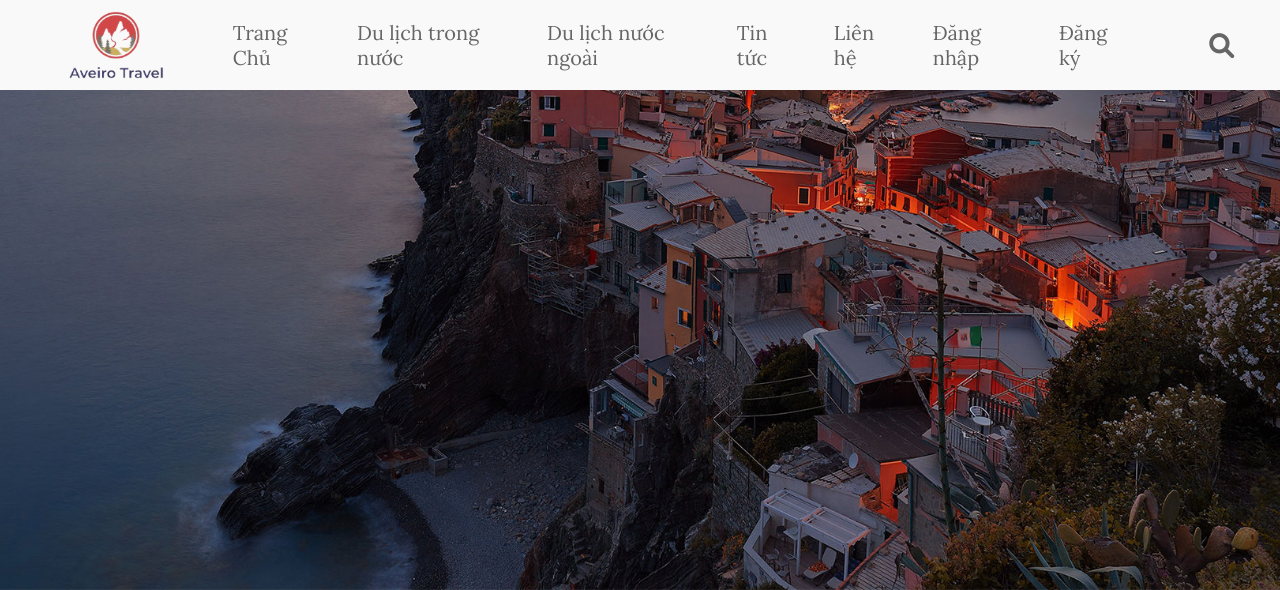
Repository: tuan842001/demotest
Page: /
These files come from the project's save history. The page is drawn as it stood at one moment and after the next save; the edit follows.
The browser window is 1280 px wide. The pictures show the part of the page from y = 0 to 590 px (the page is 4194 px tall).
Pictures or frames that could not be fetched are drawn as grey boxes. The project was rebuilt for these pictures with package versions that can differ from the ones it lists, and the page was loaded fresh each time. Also part of the build but not shown: src/components/offers/offers.css, src/components/offers/Offers.jsx, src/pages/intour/Intour.jsx.

Above is the page before, as saved 2021-10-14 15:40:12.

### public/index.html
<!DOCTYPE html>
<html lang="en">
  <head>
    <meta charset="utf-8" />
    <link rel="icon" href="%PUBLIC_URL%/favicon.ico" />
    <meta name="viewport" content="width=device-width, initial-scale=1" />
    <meta name="theme-color" content="#000000" />
    <meta name="description" content="Web site created using create-react-app"/>
    <link href="https://fonts.googleapis.com/css2?family=Lora:wght@400;500;600;700&display=swap" rel="stylesheet">
    <link rel="stylesheet" href="https://cdnjs.cloudflare.com/ajax/libs/font-awesome/6.0.0-beta2/css/all.min.css" integrity="sha512-YWzhKL2whUzgiheMoBFwW8CKV4qpHQAEuvilg9FAn5VJUDwKZZxkJNuGM4XkWuk94WCrrwslk8yWNGmY1EduTA==" crossorigin="anonymous" referrerpolicy="no-referrer" />
    <link href="https://fonts.googleapis.com/css2?family=Lora:ital,wght@1,700&family=Montserrat:wght@200&display=swap" rel="stylesheet">
    <style>
      * {
        margin: 0;
      }
    </style>
    <title>Aveiro Travel</title>
  </head>
  <body>
    <noscript>You need to enable JavaScript to run this app.</noscript>
    <div id="root"></div>
  </body>
</html>

### src/App.js
import Home from './pages/home/Home';
import Intour from './pages/intour/Intour';
import TopBar from './components/topbar/TopBar';
import "./app.css"

function App() {
  return (
    <>
      <TopBar/>
      <Home/>
    </>
  );
}

export default App;

### src/pages/home/Home.jsx
import Header from "../../components/header/Header";
import Top from "../../components/top/Top";
import Posts from "../../components/posts/Posts";
import Last from "../../components/last/Last";
import Video from "../../components/video/Video";
import Popular from "../../components/popular/Popular";
import Bottombar from "../../components/bottombar/Bottombar";
import "./home.css";

export default function Home() {
  return (
    <>
      <Header />
      <div className="home">
        <Top />
        <Posts />
        <Top />
        <Posts />
      </div>
      <Last />
      <Video />
      <Popular />
      <Bottombar />
    </>
  );
}

### src/components/topbar/TopBar.jsx
import React from "react";
import "./topbar.css";

export default function TopBar() {
  return (
    <div className="top">
      <div className="topLeft">
        <img
          className="topImg"
          src="./assets/images/logoAveiroTravel.png"
          alt=""
        />
      </div>
      <div className="topCenter">
        <ul className="topList">
          <li className="topListItem">Trang Chủ</li>
          <li className="topListItem">Du lịch trong nước</li>
          <li className="topListItem">Du lịch nước ngoài</li>
          <li className="topListItem">Tin tức</li>
          <li className="topListItem">Liên hệ</li>
          <li className="topListItem">Đăng nhập</li>
          <li className="topListItem">Đăng ký</li>
        </ul>
      </div>
      <div className="topRight">
        <i className="topSearchIcon fas fa-search"></i>
      </div>
    </div>
  );
}

### src/app.css
*{
    margin: 0;
    padding: 0;
    -webkit-font-smoothing: antialiased;
    -webkit-text-shadow: rgba(0,0,0,.01) 0 0 1px;
    text-shadow: rgb(0 0 0 / 1%) 0 0 1px;
}
body{
    font-family: 'Montserrat', sans-serif;
    font-size: 14px;
    font-weight: 400;
    background: #FFFFFF;
    color: #131a2f;
}
ul{
    list-style: none;
    margin-bottom: 0px;
}
a{
    display: block;
    font-size: 16px;
    font-weight: 500;
    /* line-height: 56px; */
    text-decoration: none;
    background-color: transparent;
}
.container{
    width: 100%;
    padding-right: 15px;
    padding-left: 15px;
    margin-right: auto;
    margin-left: auto;
    position: relative;
}
.row{
    display: -ms-flexbox;
    display: flex;
    -ms-flex-wrap: wrap;
    flex-wrap: wrap;
    padding-top: 40px;
    padding-bottom: 65px;
    margin-left: calc(50% - 585px);
    margin-right: calc(50% - 585px);
}
.col{
    -ms-flex-preferred-size: 0;
    flex-basis: 0;
    -ms-flex-positive: 1;
    flex-grow: 1;
    max-width: 100%;
}
.sectionTitle{
    padding-top: 30px;
    line-height: 1.1;
    font-size: 40px;
    font-weight: 300;
    text-align: center!important;

}
.sectionTitle div {
    font-size: 16px;
    font-weight: 600;
    color: #7d8293;
    text-transform: uppercase;
    margin-top: 19px;
}
img{
    vertical-align: middle;
    border-style: none;
}
div{
    display: block;
    position: relative;
    -webkit-box-sizing: border-box;
    -moz-box-sizing: border-box;
    box-sizing: border-box;
}


.dropdown-content {
    display: none;
    position: absolute;
    right: 0;
    top: 100%;
    margin: 0;
    width: 100%;
    background: #FFFFFF;

    z-index: 1;
    box-shadow: 0 15px 25px rgb(63 78 100 / 15%);
}

.dropdown:hover .dropdown-content {
    display: block;
}

### src/components/header/Header.jsx
import "./header.css";

export default function Header() {
  return (
    <div className="header">
      <div className="headerBackground">
        <img
          className="headerTitImg"
          src="./assets/images/elements.jpg"
          alt=""
        />
      </div>
      <div className="headerContent">
        <div className="headerTitles">
          <div className="headerTitleSm">Thực hiện chuyến đi của bạn với</div>
          <div className="headerTitleLg">Aveiro Travel</div>
        </div>
      </div>
    </div>
  );
}

### src/components/top/Top.jsx
import "./top.css";

export default function Top() {
  return (
    <div className="tops">
      <div className="rowTop">
        <div className="col">
          <div className="sectionTitle">
            <h2>DU LỊCH NƯỚC NGOÀI</h2>
            <div>Tour Đón Giáng Sinh Và Năm Mới 2019</div>
          </div>
        </div>
        <div className="row"></div>
      </div>
    </div>
  );
}

### src/components/posts/Posts.jsx
import Post from "../post/Post";
import IntourPost from "../intourPost/IntourPost";
import "./posts.css";

export default function Posts() {
  return (
    <div className="posts">
      <IntourPost />
      <Post />
      <Post />
    </div>
  );
}

### src/components/last/Last.jsx
import "./last.css";

export default function Last() {
  return (
    <div className="last">
      <img className="lastImg" src="./assets/images/last.jpg" alt="" />
      <div className="container">
        <div className="row">
          <div className="lastLeft">
            <div className="lastItem">
              <div className="lastItemContainer">
                <div className="lastSubtitle">Averio Travel</div>
                <div className="lastPercent">50%</div>
                <div className="lastTitle">
                  NHỮNG ĐỊA ĐIỂM VUI CHƠI Ở SENTOSA SINGAPORE TUYỆT ĐỐI KHÔNG
                  THỂ BỎ LỠ
                </div>
                <div className="lastText">
                  Toàn bộ Sentosa có 4 khu giải trí và nghỉ dưỡng, bao gồm:
                  Imbiah Lookout, Siloso Point, Beaches và Resorts World Sentosa
                  với nhiều khu vui chơi giải trí phù hợp với nhu cầu của khách
                  tham quan.
                </div>
                <div className="lastButton">
                  <a href="#">Xem chi tiết</a>
                </div>
              </div>
            </div>
          </div>
          <div className="lastRight">
            <div className="lastItem">
              <div className="lastItemContainer">
                <div className="lastSubtitle">Averio Travel</div>
                <div className="lastPercent">50%</div>
                <div className="lastTitle">Tháp Eiffel Có Áo Mới</div>
                <div className="lastText">
                  Kể từ thời điểm này, nếu bạn đến Paris và ghé thăm tháp Eiffel
                  ở cự ly gần sẽ được nhìn thấy một bức tường kính ngay dưới
                  chân tháp.
                </div>
                <div className="lastButton">
                  <a href="#">Xem chi tiết</a>
                </div>
              </div>
            </div>
          </div>
        </div>
      </div>
    </div>
  );
}

### src/components/video/Video.jsx
import "./video.css";

export default function Video() {
  return (
    <div className="video">
      <img className="videoBackground" src="./assets/images/video.jpg" alt="" />
      <div className="videoContent">
        <div className="videoTitle">Một ngày trên đảo</div>
        <div className="videoSubtitle">
          Chuyến đi do nhóm Averio Travel tổ chức
        </div>
        <div className="videoPlay">
          <a
            className="videoTest"
            href="https://www.youtube.com/watch?v=1La4QzGeaaQ"
          >
            <img src="./assets/images/play.png" alt="" />
          </a>
        </div>
      </div>
    </div>
  );
}

### src/components/popular/Popular.jsx
import "./popular.css";

export default function Popular() {
  return (
    <div className="popular">
      <div className="container">
        <div className="row">
          <div className="col">
            <div className="sectionTitle">
              <h2>Thư Viện</h2>
              <div>Khoảnh khắc đẹp nhất</div>
            </div>
          </div>
        </div>
        <div className="row">
          <div className="popularList">
            <div className="popularItem">
              <img src="./assets/images/gallery/popular_8.jpg" alt="" />
              <div className="popularItemText">
                <div className="popularItemTitle">Myanma</div>
              </div>
            </div>
            <div className="popularItem">
              <img src="./assets/images/gallery/popular_7.jpg" alt="" />
              <div className="popularItemText">
                <div className="popularItemTitle">Myanma</div>
              </div>
            </div>
            <div className="popularItem">
              <img src="./assets/images/gallery/popular_6.jpg" alt="" />
              <div className="popularItemText">
                <div className="popularItemTitle">Myanma</div>
              </div>
            </div>
            <div className="popularItem">
              <img src="./assets/images/gallery/popular_5.jpg" alt="" />
              <div className="popularItemText">
                <div className="popularItemTitle">Myanma</div>
              </div>
            </div>
            <div className="popularItem">
              <img src="./assets/images/gallery/popular_4.jpg" alt="" />
              <div className="popularItemText">
                <div className="popularItemTitle">Myanma</div>
              </div>
            </div>
            <div className="popularItem">
              <img src="./assets/images/gallery/popular_3.jpg" alt="" />
              <div className="popularItemText">
                <div className="popularItemTitle">Myanma</div>
              </div>
            </div>
            <div className="popularItem">
              <img src="./assets/images/gallery/popular_2.jpg" alt="" />
              <div className="popularItemText">
                <div className="popularItemTitle">Myanma</div>
              </div>
            </div>
            <div className="popularItem">
              <img src="./assets/images/gallery/popular_1.jpg" alt="" />
              <div className="popularItemText">
                <div className="popularItemTitle">Myanma</div>
              </div>
            </div>
          </div>
        </div>
      </div>
    </div>
  );
}

### src/components/bottombar/Bottombar.jsx
import "./bottombar.css";

export default function Bottombar() {
  return (
    <div className="bottombar">
      <div className="bottomLeft">
        <span className="bottomTitle">LIÊN HỆ</span>
        <span className="bottomText">Aveiro Travel</span>
        <span className="bottomText">Đường Z115 - xã Quyết Thắng</span>
        <span className="bottomText">TP. Thái Nguyên – tỉnh Thái Nguyên</span>
      </div>
      <div className="bottomCenter">
        <span className="bottomText">Phone: 0966245700</span>
        <span className="bottomText">Email: Averirotravel@gmail.com</span>
        <span className="bottomText">
          Liên hệ với chúng tôi <i></i>
        </span>
        <div className="bottomItem">
          <i className="bottomIcon fab fa-facebook-f"></i>
          <i className="bottomIcon fab fa-instagram"></i>
          <i className="bottomIcon fab fa-youtube"></i>
        </div>
      </div>
      <div className="bottomRight">
        <span className="bottomText">Đăng ký để nhận những tour mới nhất</span>
        <div className="bottomSubscribe">
          <input
            type="email"
            id="bottom_input"
            className="bottom_input"
            placeholder="Email của bạn"
          />
          <button type="submit" id="bottom_button" class="bottom_button">
            Đăng ký
          </button>
        </div>
      </div>
    </div>
  );
}

### src/components/intourPost/IntourPost.jsx
import "./intourPost.css";

export default function IntourPost() {
  return (
    <div className="intourPost">
      <img
        className="postImg"
        src="http://localhost/halotrip/view/images/tour/Hollywood-Walk-of-Fame_220247812.jpg"
        alt=""
      />
      <div className="postInfo">
        <span className="postPrice">7.555.000 VND</span>

        <span className="postTitle">DU LỊCH HONG KONG</span>
      </div>
    </div>
  );
}

### src/components/topbar/topbar.css
.top{
    width: 100%;
    height: 90px;
    background-color: #f9f9f9;
    position: sticky;
    top: 0;
    display: flex;
    align-items: center;
    font-family: 'Lora', serif;
    color: #666;
    z-index: 999;
}

.topLeft{
    flex: 2;
    display: flex;
    align-items: center;
    justify-content: center;
}
.topCenter{
    flex: 8;
}
.topRight{
    flex: 1;
    display: flex;
    align-items: center;
    justify-content: center;
}
.topImg{
    width: 140px;
    height: 140px;
    object-fit: cover;
}
.topList{
    display: flex;
    justify-content: end;
    margin: 0;
    padding: 0;
    list-style: none;
}
.topListItem{
    margin-right: 40px;
    font-size: 20px;
    font-weight: 400;
    cursor: pointer;
}
.topSearchIcon{
    font-size: 25px;
    color: #666;
    cursor: pointer;
}

### src/components/header/header.css

.headerTitles{
    display: flex;
    flex-direction: column;
    align-items: center;
    font-family: 'Lora', serif;
    color: #fff;
}
.headerTitleSm{
    position: absolute;
    top: 20%;
    font-size: 80px;
}
.headerTitleLg{
    position: absolute;
    top: 30%;
    font-size: 80px;
}
.headerTitImg{
    width: 100%;
    height: 500px;
    object-fit: cover;
}

### src/components/top/top.css
.sectionTitle h2 {
    font-weight: 300;
    color: #131a2f;
    font-size: 40px !important;
}
.rowTop{
    display: -ms-flexbox;
    display: flex;
    -ms-flex-wrap: wrap;
    flex-wrap: wrap;
    padding-top: 6px;
    padding-bottom: 40px;
    margin-left: calc(50% - 585px);
    margin-right: calc(50% - 585px);
}

### src/components/post/Post.jsx
import "./post.css";
export default function Post() {
  return (
    <div className="post">
      <img
        className="postImg"
        src="http://localhost/halotrip/view/images/tour/Hollywood-Walk-of-Fame_220247812.jpg"
        alt=""
      />
      <div className="postInfo">
        <span className="postPrice">7.555.000 VND</span>

        <span className="postTitle">DU LỊCH HONG KONG</span>
      </div>
    </div>
  );
}

### src/components/posts/posts.css
.posts {
    display: flex;
    flex-wrap: wrap;
    align-items: center;
    justify-content: center;
    width: 100%;
    padding-right: 15px;
    padding-left: 15px;
    margin-right: auto;
    margin-left: auto;
}

### src/components/last/last.css
.last{
    position: relative;
    font-family: 'Montserrat', sans-serif;
}
.lastImg{
    width: 100%;
    height: 100%;
    object-fit: cover;
    position: absolute;
    top: 0;
    left: 0;
}
.lastLeft, .lastRight{
    flex: 0 0 50%;
    max-width: 50%;
}
.lastItem{
    padding-right: calc(30% - 100px);
}
.lastItemContainer{
    background: rgba(254, 64, 91, 0.79);
    padding-top: 53px;
    padding-bottom: 35px;
    color: #FFFFFF;
    text-align: center;
    padding-left: 90px;
    padding-right: 80px;
}
.lastSubtitle {
    font-size: 16px;
    font-weight: 500;
    text-transform: uppercase;
    text-align: left;
}
.lastPercent{
    font-size: 160px;
    font-weight: 100;
    line-height: 0.75;
    margin-top: 14px;
    text-align: left;
}
.lastTitle{
    font-size: 40px;
    font-weight: 300;
    text-align: left;
    margin-top: 7px;
    line-height: 1.1;
}
.lastText{
    font-size: 14px;
    font-weight: 400;
    text-align: center;
    line-height: 2.14;
    margin-top: 15px;
}
.lastButton{
    margin-top: 37px;
    display: inline-block;
    width: 161px;
    height: 56px;
    background: #131a2f;

}

### src/components/video/video.css
.video {
    padding-top: 144px;
    padding-bottom: 198px;
    position: relative;
    font-family: 'Montserrat', sans-serif;
}
.video div {
    display: block;
    position: relative;
    -webkit-box-sizing: border-box;
    -moz-box-sizing: border-box;
    box-sizing: border-box;

}
.videoBackground{
    position: absolute;
    top: 0;
    left: 0;
    width: 100%;
    height: 100%;
    min-height: 400px;
    object-fit: cover;
    background: transparent;
}
.videoContent{
    width: auto;
    text-align: center;
    padding-left: 15px;
    padding-right: 15px;
}
.videoTitle{
    font-size: 30px;
    font-weight: 300;
    color: #FFFFFF;
}
.videoSubtitle{
    font-size: 14px;
    font-weight: 300;
    color: #FFFFFF;
    margin-top: 3px;
}
.videoPlay{
    margin: 0 auto;
    margin-top: 43px;
    cursor: pointer;
    width: 14%;
}
.videoTest{
    outline: none;
}

### src/components/popular/popular.css
.popular div{
    display: block;
    position: relative;
    -webkit-box-sizing: border-box;
    -moz-box-sizing: border-box;
    box-sizing: border-box;
}
.popular{
    width: 100%;
    background: #FFFFFF;
    font-family: 'Montserrat', sans-serif;
}
.popularList{
    width: 100%;
    align-items: center!important;
    justify-content: space-between!important;
    flex-direction: row!important;
    flex-wrap: wrap!important;
    display: flex!important;

}
.popularItem{
    width: calc((100% - 90px) / 4);
    margin-bottom: 26px;
}
.popularItem img{
    max-width: 100%;
    vertical-align: middle;
    border-style: none;
}

.popularItemText{
    position: absolute;
    left: 28px;
    bottom: 60px;
    z-index: 10;
}
.popularItemTitle{
    font-size: 20px;
    font-weight: 600;
    color: #FFFFFF;

}

### src/components/bottombar/bottombar.css
.bottombar{
    width: 100%;
    height: 300px;
    background-color: #080d1d;
    display: flex;
    align-items: center;
    font-family: 'Lora', serif;
    color: #fff;
    font-size: 18px;
    position: absolute;
}
.bottomLeft, .bottomCenter {
    flex: 3;
    display: flex;
    flex-direction: column;
    justify-content: center;
    margin-left: 74px;
}

.bottomRight{
    flex: 4;
    display: flex;
    flex-direction: column;
    justify-content: center;
}
.bottomTitle{
    font-size: 25px;
    font-weight: 700;
    margin-bottom: 25px;
}
.bottomText{
    margin-bottom: 10px;
}
.bottomIcon{
    font-size: 35px;
    margin-top: 15px;
    margin-right: 50px;
    cursor: pointer;
}
.bottomSubscribe{
    display: flex;
    margin-top: 20px;
}
.bottom_input{
    width: calc(65% - 100px);
    height: 56px;
    border: solid 2px rgba(255,255,255,0.5);
    outline: none;
    background: transparent;
    padding-left: 31px;
    color: #FFFFFF;
}
.bottom_button{
    width: 161px;
    height: 62px;
    vertical-align: top;
    cursor: pointer;
    border: none;
    outline: none;
    background: #fe364a;
    color: #FFFFFF;
    font-size: 16px;
    margin-left: 20px;
    font-weight: 500;
    -webkit-transition: all 200ms ease;
    -moz-transition: all 200ms ease;
    -ms-transition: all 200ms ease;
    -o-transition: all 200ms ease;
    transition: all 200ms ease;
}

### src/components/intourPost/intourPost.css
.intourPost {
    width: 360px;
    margin: 0px 25px 40px 25px;
    cursor: pointer;
    position: relative;
}
.postImg{
    width: 100%;
    height: 240px;
    object-fit: cover;
    border-radius: 7px;
}
.postInfo{
    display: flex;
    flex-direction: column;
    left: 33px;
    bottom: 75px;
    color: #fff;
}
.post div {
    position: relative;
    box-sizing: border-box;
}
.postTitle{
    font-family: 'Lora', serif;
    font-size: 20px;
    font-weight: 700;
    margin-top: 2px;
}
.postPrice{
    font-family: 'Lora', serif;
    font-style: italic;
}

### src/components/post/post.css
.post {
    width: 360px;
    margin: 0px 25px 40px 25px;
    cursor: pointer;
    position: relative;

}
.postImg{
    width: 100%;
    height: 240px;
    object-fit: cover;
    border-radius: 7px;
}
.postInfo{
    display: flex;
    flex-direction: column;
    left: 33px;
    bottom: 75px;
    color: #fff;
}
.post div {
    position: relative;
    box-sizing: border-box;
}
.postTitle{
    font-family: 'Lora', serif;
    font-size: 20px;
    font-weight: 700;
    margin-top: 2px;
}
.postPrice{
    font-family: 'Lora', serif;
    font-style: italic;
}

Loaded but not shown: src/index.js (common file); src/pages/home/home.css (common file); src/pages/intour/intour.css (no stored copy; drawn as an empty file)

After the next save:
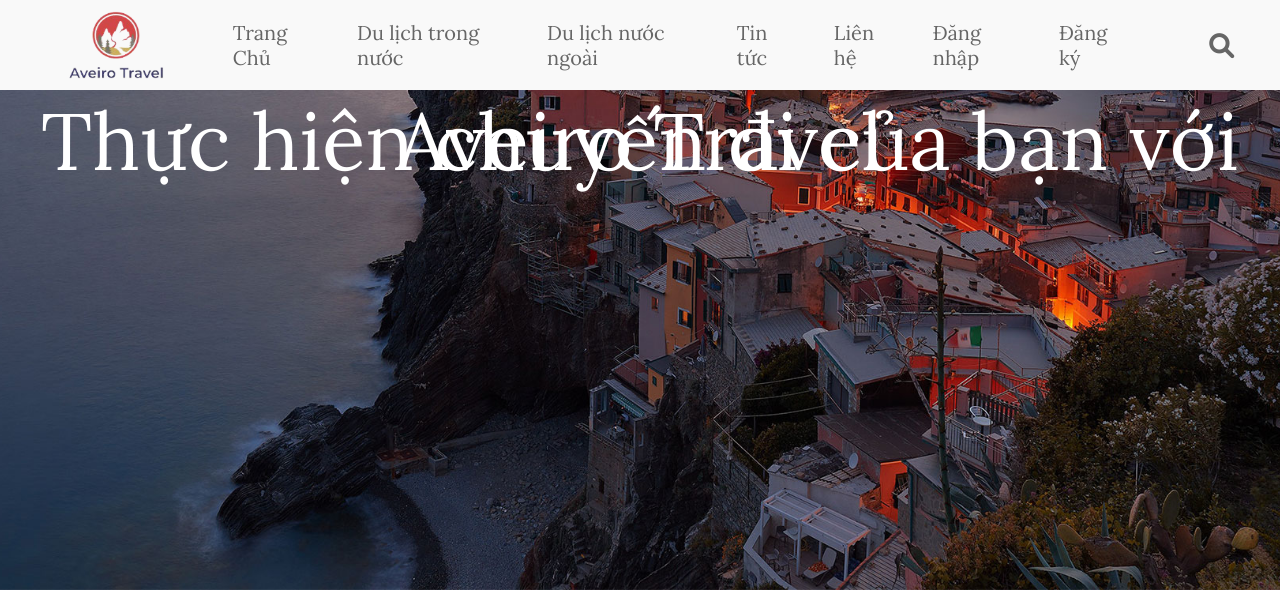
Saved 10 s later.
--- a/src/components/header/Header.jsx
+++ b/src/components/header/Header.jsx
@@ -3,19 +3,11 @@
 export default function Header() {
   return (
     <div className="header">
-      <div className="headerBackground">
-        <img
-          className="headerTitImg"
-          src="./assets/images/elements.jpg"
-          alt=""
-        />
+      <div className="headerTitles">
+        <span className="headerTitleSm">Thực hiện chuyến đi của bạn với</span>
+        <span className="headerTitleLg">Aveiro Travel</span>
       </div>
-      <div className="headerContent">
-        <div className="headerTitles">
-          <div className="headerTitleSm">Thực hiện chuyến đi của bạn với</div>
-          <div className="headerTitleLg">Aveiro Travel</div>
-        </div>
-      </div>
+      <img className="headerTitImg" src="./assets/images/elements.jpg" alt="" />
     </div>
   );
 }
